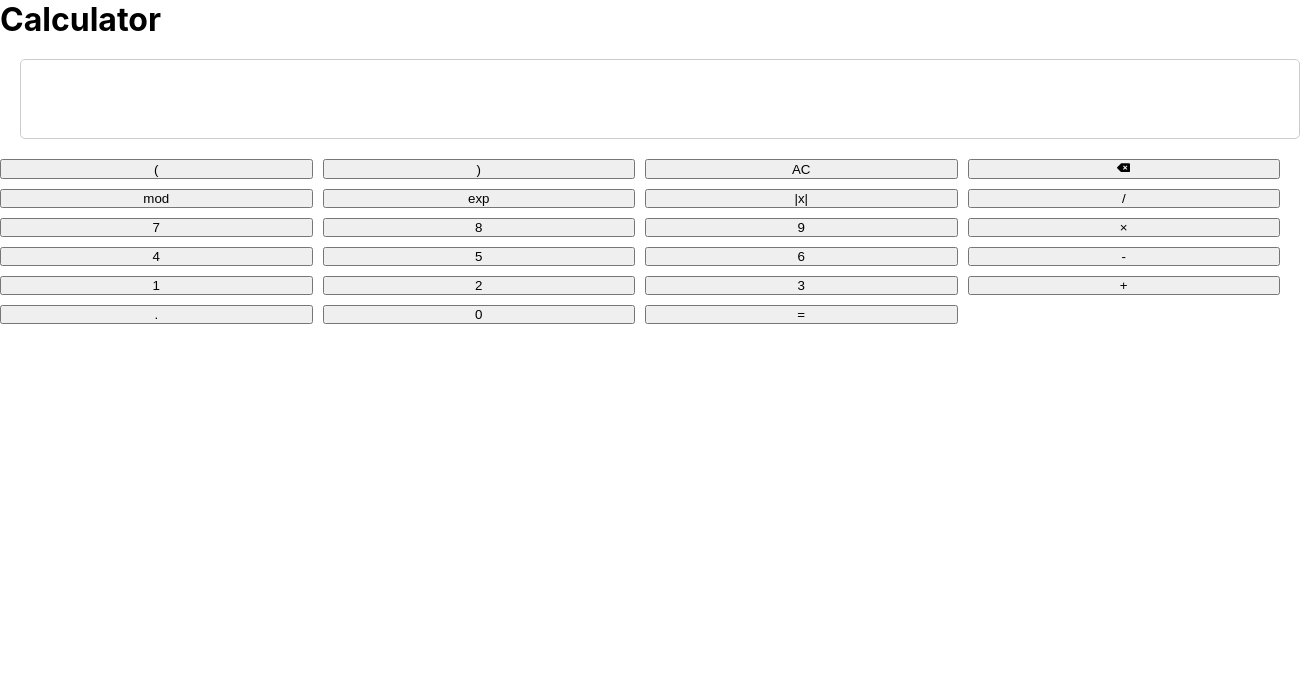
Repository: thesaherriaz/Calculator-React
Page: /
The author's editor kept a copy of each file at every save. The page is drawn from the files as they stood at one save, then again after the next save.
The browser window is 1280 px wide. The page is 1300 px wide, then 1280 px, so the pictures cover 1300 px, including what lies to the right of the window. The pictures show the whole page.
The project was rebuilt for these pictures with package versions that can differ from the ones it lists, and the page was loaded fresh each time.

Above is the page before, as saved 2025-06-20 12:32:18.

### public/index.html
<!DOCTYPE html>
<html lang="en">
  <head>
    <meta charset="utf-8" />
    <link rel="icon" href="%PUBLIC_URL%/favicon.ico" />
    <meta name="viewport" content="width=device-width, initial-scale=1" />
    <meta name="theme-color" content="#000000" />
    <meta
      name="description"
      content="Web site created using create-react-app"
    />
    <link rel="apple-touch-icon" href="%PUBLIC_URL%/logo192.png" />
    <link rel="stylesheet" href="https://cdnjs.cloudflare.com/ajax/libs/font-awesome/6.0.0/css/all.min.css">
    <!--
      manifest.json provides metadata used when your web app is installed on a
      user's mobile device or desktop. See https://developers.google.com/web/fundamentals/web-app-manifest/
    -->
    <link rel="manifest" href="%PUBLIC_URL%/manifest.json" />
    <!--
      Notice the use of %PUBLIC_URL% in the tags above.
      It will be replaced with the URL of the `public` folder during the build.
      Only files inside the `public` folder can be referenced from the HTML.

      Unlike "/favicon.ico" or "favicon.ico", "%PUBLIC_URL%/favicon.ico" will
      work correctly both with client-side routing and a non-root public URL.
      Learn how to configure a non-root public URL by running `npm run build`.
    -->
    <title>React App</title>
  </head>
  <body>
    <noscript>You need to enable JavaScript to run this app.</noscript>
    <div id="root"></div>
    <!--
      This HTML file is a template.
      If you open it directly in the browser, you will see an empty page.

      You can add webfonts, meta tags, or analytics to this file.
      The build step will place the bundled scripts into the <body> tag.

      To begin the development, run `npm start` or `yarn start`.
      To create a production bundle, use `npm run build` or `yarn build`.
    -->
  </body>
</html>

### src/App.js
import React from 'react'
import Calculator from './compnents/Calculator'

function App() {
  return (
    <Calculator />
  )
}

export default App

### src/compnents/Calculator.jsx
import React, { useState } from 'react';
import './Calculator.css';
import { FaDeleteLeft } from "react-icons/fa6";

function Calculator() {
    const [input, setInput] = useState('');
    const [result, setResult] = useState('');

    const handleClick = (value) => {
        if (value === 'AC') {
            setInput('');
            setResult('');
        } else if (value === 'DEL') {
            setInput(prev => prev.slice(0, -1));
        } else if (value === '=') {
            try {
                // Note: Using eval is generally not recommended for production
                // Consider using a math expression evaluator library instead
                setResult(eval(input).toString());
            } catch (error) {
                setResult('Error');
            }
        } else {
            setInput(prev => prev + value);
        }
    };

    return (
        <div className="calculator">
            <h1>Calculator</h1>
            <div className="display">
                <div className="input">{input}</div>
                <div className="result">{result}</div>
            </div>
            <div className="buttons">
                <button onClick={() => handleClick('(')}>(</button>
                <button onClick={() => handleClick(')')}>)</button>
                <button className="clear" onClick={() => handleClick('AC')}>AC</button>
                <button className="delete" onClick={() => handleClick('DEL')}><FaDeleteLeft /></button>

                <button onClick={() => handleClick('mod')}>mod</button>
                <button onClick={() => handleClick('exp')}>exp</button>
                <button onClick={() => handleClick('Math.abs()')}>|x|</button>
                <button className="operator" onClick={() => handleClick('/')}>/</button>

                <button onClick={() => handleClick('7')}>7</button>
                <button onClick={() => handleClick('8')}>8</button>
                <button onClick={() => handleClick('9')}>9</button>
                <button className="operator" onClick={() => handleClick('*')}>×</button>

                <button onClick={() => handleClick('4')}>4</button>
                <button onClick={() => handleClick('5')}>5</button>
                <button onClick={() => handleClick('6')}>6</button>
                <button className="operator" onClick={() => handleClick('-')}>-</button>

                <button onClick={() => handleClick('1')}>1</button>
                <button onClick={() => handleClick('2')}>2</button>
                <button onClick={() => handleClick('3')}>3</button>
                <button className="operator" onClick={() => handleClick('+')}>+</button>

                <button onClick={() => handleClick('.')}>.</button>
                <button onClick={() => handleClick('0')}>0</button>
                <button className="equals" onClick={() => handleClick('=')}>=</button>
            </div>
        </div>
    );
}

export default Calculator;

### src/compnents/Calculator.css
*{
    box-sizing: border-box;
    margin: 0;
    padding: 0;

}
.Calculator {
  display: flex;
  flex-direction: column;
  align-items: center;
  justify-content: center;
  /* height: 100vh; */
  background-color: #f0f0f0;
  padding: 100px;
}
.buttons {
  display: grid;
  grid-template-columns: repeat(4, 1fr);
  gap: 10px;
}
.btn-cal{
  background-color: #8ea4ab;
  width: 150px;
  color: white;
  border: none;
  padding: 20px;
  font-size: 16px;
  cursor: pointer;
  border-radius: 5px;
  margin: 5px;
  transition: background-color 0.3s ease;
}

.btn-cal:hover {
  background-color: #6b8e8f;
}

.btn-cal.clear {
  background-color: #f44336;
}

.input {
  width: 100%;
  min-height: 80px;
  padding: 10px;
  font-size: 25px;
  border: 1px solid #ccc;
  border-radius: 5px;
  margin: 20px;
}

Loaded but not shown: src/index.js (common file); src/index.css (common file); src/reportWebVitals.js (common file)

After the next save:
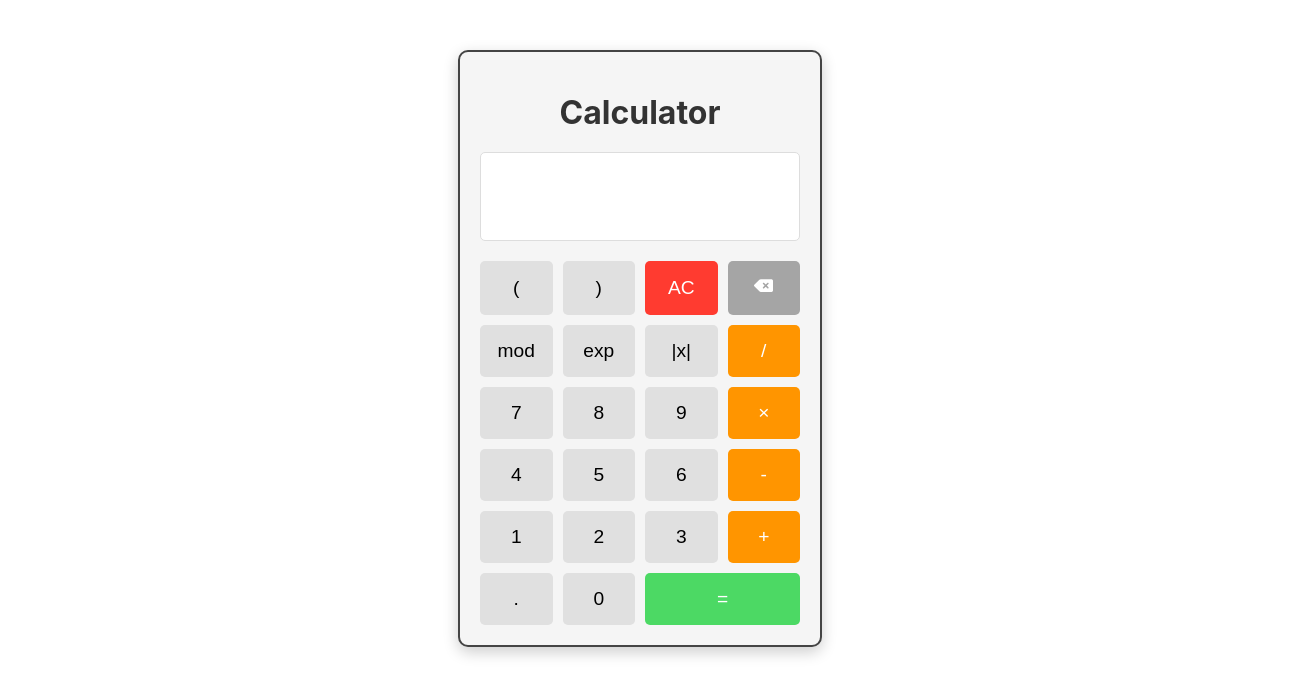
Saved 33 s later.
--- a/src/compnents/Calculator.css
+++ b/src/compnents/Calculator.css
@@ -1,50 +1,99 @@
-*{
-    box-sizing: border-box;
-    margin: 0;
-    padding: 0;
-
-}
-.Calculator {
-  display: flex;
-  flex-direction: column;
-  align-items: center;
-  justify-content: center;
-  /* height: 100vh; */
-  background-color: #f0f0f0;
-  padding: 100px;
-}
-.buttons {
-  display: grid;
-  grid-template-columns: repeat(4, 1fr);
-  gap: 10px;
-}
-.btn-cal{
-  background-color: #8ea4ab;
-  width: 150px;
-  color: white;
-  border: none;
-  padding: 20px;
-  font-size: 16px;
-  cursor: pointer;
-  border-radius: 5px;
-  margin: 5px;
-  transition: background-color 0.3s ease;
+.calculator {
+    width: 320px;
+    margin: 50px auto;
+    border: 2px solid #444;
+    border-radius: 10px;
+    padding: 20px;
+    background-color: #f5f5f5;
+    box-shadow: 0 5px 15px rgba(0, 0, 0, 0.2);
 }
 
-.btn-cal:hover {
-  background-color: #6b8e8f;
+.calculator h1 {
+    text-align: center;
+    color: #333;
+    margin-bottom: 20px;
 }
 
-.btn-cal.clear {
-  background-color: #f44336;
+.display {
+    background-color: #fff;
+    border: 1px solid #ddd;
+    border-radius: 5px;
+    padding: 10px;
+    margin-bottom: 20px;
+    text-align: right;
+    min-height: 60px;
 }
 
 .input {
-  width: 100%;
-  min-height: 80px;
-  padding: 10px;
-  font-size: 25px;
-  border: 1px solid #ccc;
-  border-radius: 5px;
-  margin: 20px;
+    font-size: 1.2em;
+    color: #666;
+    min-height: 1.2em;
 }
+
+.result {
+    font-size: 1.8em;
+    font-weight: bold;
+    color: #333;
+    min-height: 1.5em;
+}
+
+.buttons {
+    display: grid;
+    grid-template-columns: repeat(4, 1fr);
+    grid-gap: 10px;
+}
+
+button {
+    padding: 15px;
+    font-size: 1.2em;
+    border: none;
+    border-radius: 5px;
+    background-color: #e0e0e0;
+    cursor: pointer;
+    transition: all 0.2s;
+}
+
+button:hover {
+    background-color: #d0d0d0;
+}
+
+button:active {
+    transform: scale(0.95);
+}
+
+.operator {
+    background-color: #ff9500;
+    color: white;
+}
+
+.operator:hover {
+    background-color: #e08500;
+}
+
+.clear {
+    background-color: #ff3b30;
+    color: white;
+}
+
+.clear:hover {
+    background-color: #e0352b;
+}
+
+.delete {
+    background-color: #a5a5a5;
+    color: white;
+}
+
+.delete:hover {
+    background-color: #959595;
+}
+
+.equals {
+    background-color: #4cd964;
+    color: white;
+    grid-column: span 2;
+}
+
+.equals:hover {
+    background-color: #3cc954;
+}
